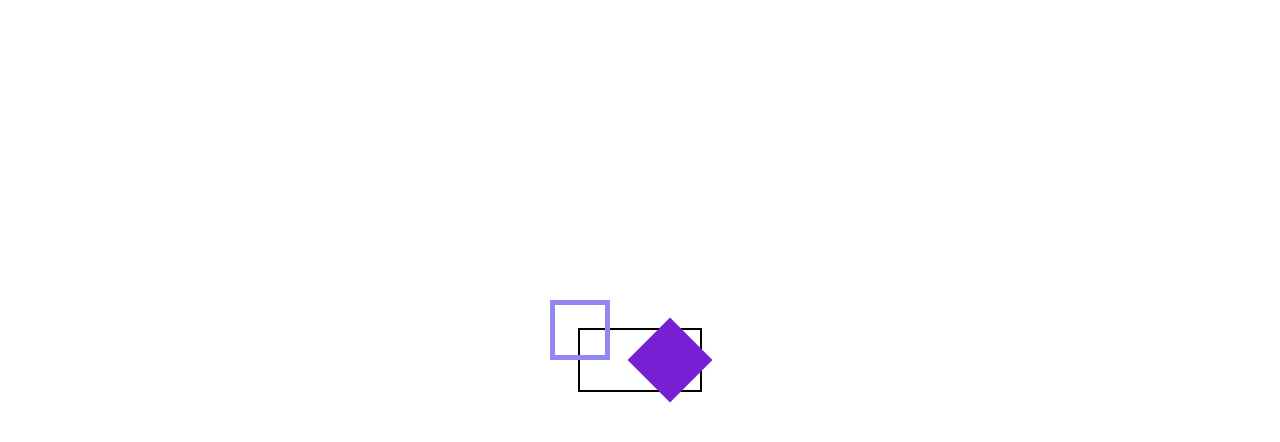
Repository: ornelasedward/whimsical_logo
Page: index.html
The author's editor kept a copy of each file at every save. The page is drawn from the files as they stood at one save, then again after the next save.
The browser window is 1280 px wide. The pictures show the whole page.

Above is the page before, as saved 2023-04-21 08:44:40.

### index.html
<!DOCTYPE html>
<html lang="en">
  <head>
    <meta charset="UTF-8" />
    <meta http-equiv="X-UA-Compatible" content="IE=edge" />
    <meta name="viewport" content="width=device-width, initial-scale=1.0" />
    <title>Document</title>
    <link rel="stylesheet" href="styles.css"></link>
  </head>
  <body>
    <div class="container">
        <div class="logo">
        <div class="diamond-shape-2"></div>
      <div class="diamond-shape"></div>
    </div>
    </div>
  </body>
</html>

### styles.css
body {
  margin: 0;
  padding: 0;
}

.container {
  display: flex;
  justify-content: center;
  align-items: center;
  height: 100vh;
}

.logo {
  display: flex;
  border: 2px solid black;
  position: absolute;
}

.diamond-shape {
  background: #781fd5;
  height: 60px;
  transform: rotate(45deg);
  width: 60px;
  top: 0;
  left: 0;
}

.diamond-shape-2 {
  transform: rotate(45deg);
  border: 5px solid #9088ef;
  height: 50px;
  width: 50px;
  transform: translate(-50%, -50%);
}

After the next save:
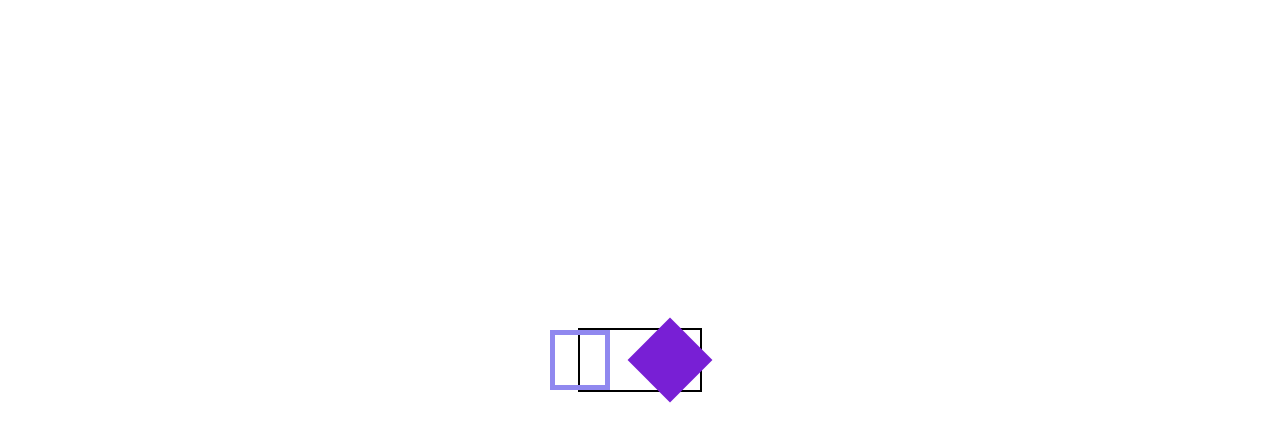
Saved 9 s later.
--- a/styles.css
+++ b/styles.css
@@ -30,5 +30,5 @@
   border: 5px solid #9088ef;
   height: 50px;
   width: 50px;
-  transform: translate(-50%, -50%);
+  transform: translate(-50%);
 }
